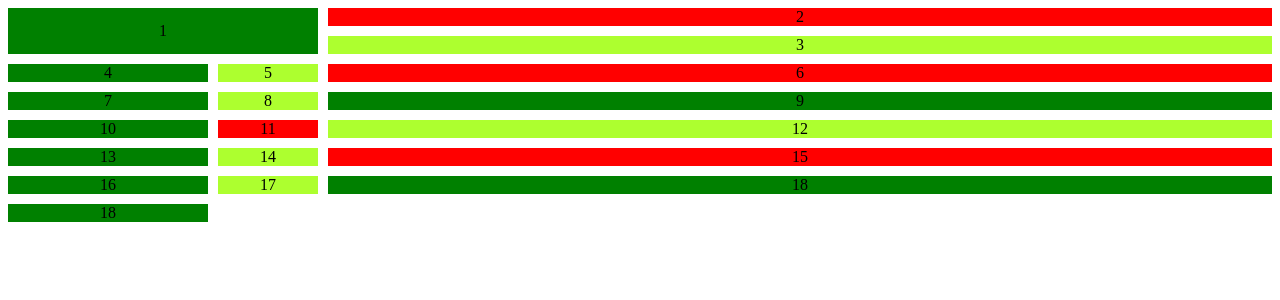
Repository: motiejus1/09-paskaita-05.31
Page: index.html
An editor plug-in stored every save of this project. The page is shown before and after the next save, followed by the edit.
The browser window is 1280 px wide. The pictures show the whole page.

Above is the page before, as saved 2021-06-15 19:30:08.

### index.html
<!DOCTYPE html>
<html lang="en">
<head>
    <meta charset="UTF-8">
    <meta http-equiv="X-UA-Compatible" content="IE=edge">
    <meta name="viewport" content="width=device-width, initial-scale=1.0">
    <title>9 paskaita</title>
    <style>
        .grid-container {
            display: grid;
            grid-template-columns: 200px 100px auto;
            grid-column-gap: 10px ;
            grid-row-gap: 10px ;
        }

        .zalia {
            background-color: green;
        }

        .raudona {
            background-color: red;
        }

        .geltona {
            background: greenyellow;
        }

        .grid-item-1 {
            grid-column-start: 1 ;
            grid-column-end: 3 ;
            grid-row-start: 1 ;
            grid-row-end: 3 ;
        }

        .grid-item {
            display:grid;
            justify-content: center;
            align-items: center;
        }
        .flex-container {
            display:flex;
            justify-content: center;
            align-items: center;
        }
    </style>
</head>
<body>
    <div class="grid-container">
        <div class="grid-item grid-item-1 zalia">
            1
        </div>
        <div class="grid-item grid-item-2 raudona">
            2
        </div>
        <div class="grid-item grid-item-3 geltona">3</div>
        <div class="grid-item grid-item-4 zalia">4</div>
        <div class="grid-item geltona">5</div>
        <div class="grid-item raudona">6</div>
        <div class="grid-item zalia">7</div>
        <div class="grid-item geltona">8</div>
        <div class="grid-item zalia">9</div>
        <div class="grid-item zalia">10</div>
        <div class="grid-item raudona">11</div>
        <div class="grid-item geltona">12</div>
        <div class="grid-item zalia">13</div>
        <div class="grid-item geltona">14</div>
        <div class="grid-item raudona">15</div>
        <div class="grid-item zalia">16</div>
        <div class="grid-item geltona">17</div>
        <div class="grid-item zalia">18</div>
        <div class="flex-container zalia">18</div>
    </div>

</body>
</html>

After the next save:
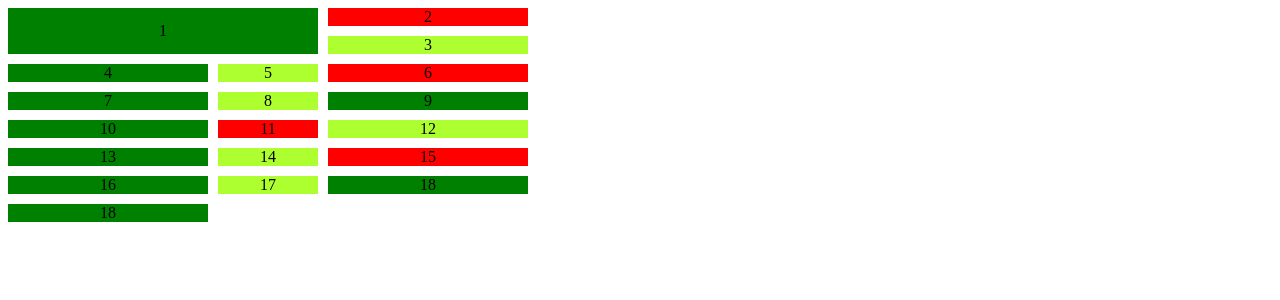
Saved 16 s later.
--- a/index.html
+++ b/index.html
@@ -8,7 +8,7 @@
     <style>
         .grid-container {
             display: grid;
-            grid-template-columns: 200px 100px auto;
+            grid-template-columns: 200px 100px 200px;
             grid-column-gap: 10px ;
             grid-row-gap: 10px ;
         }
